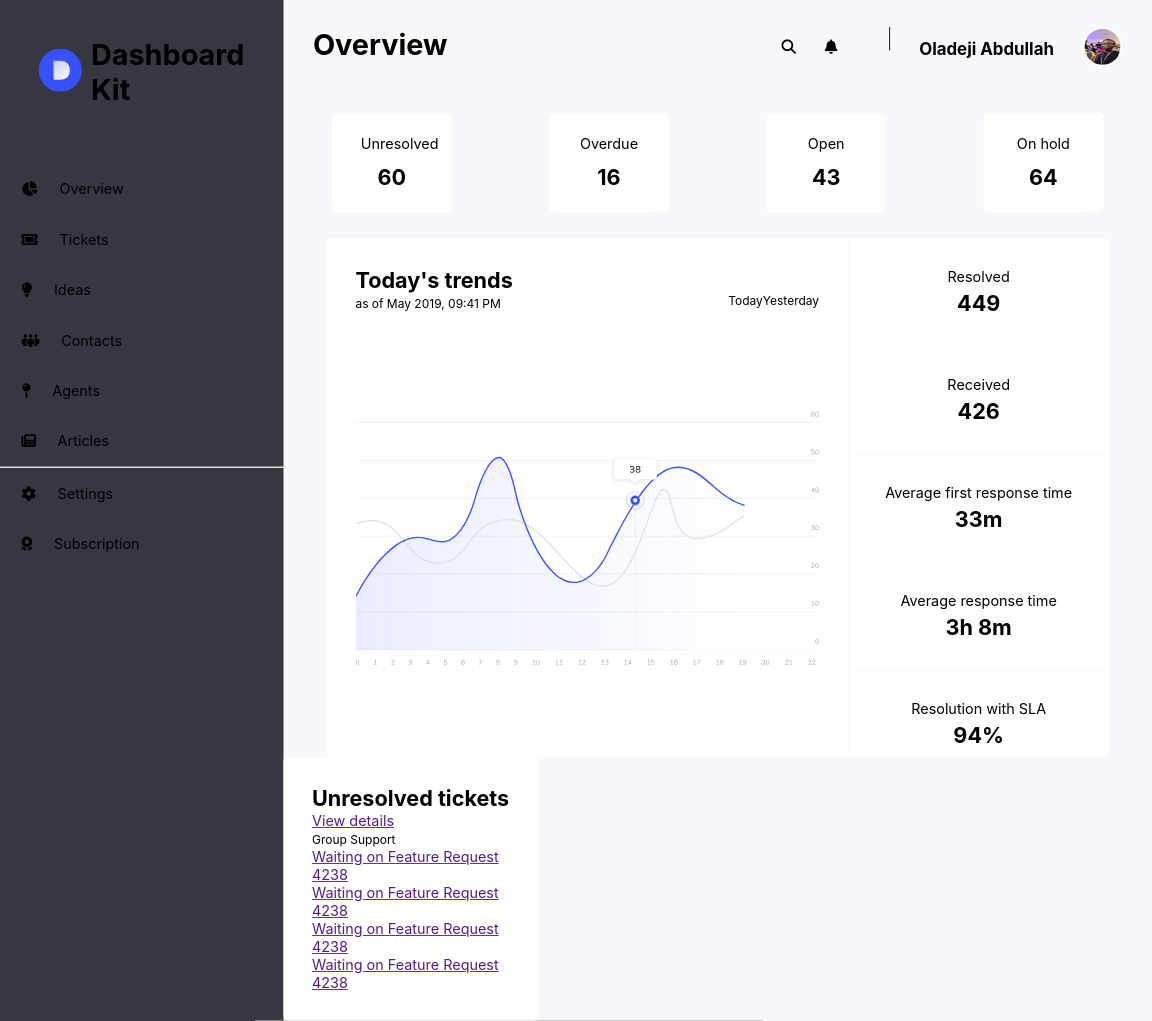
Repository: BuduCE/dashboard
Page: /
An editor plug-in stored every save of this project. The page is shown before and after a run of saves, followed by the edit.
The browser window is 1280 px wide. The pictures show the whole page, at 90% of full size.
Some web libraries are served in a nearby version. The project was rebuilt for these pictures with package versions that can differ from the ones it lists, and the page was loaded fresh each time.

Above is the page before, as saved 2022-08-04 07:59:16.

After the next 3 saves:
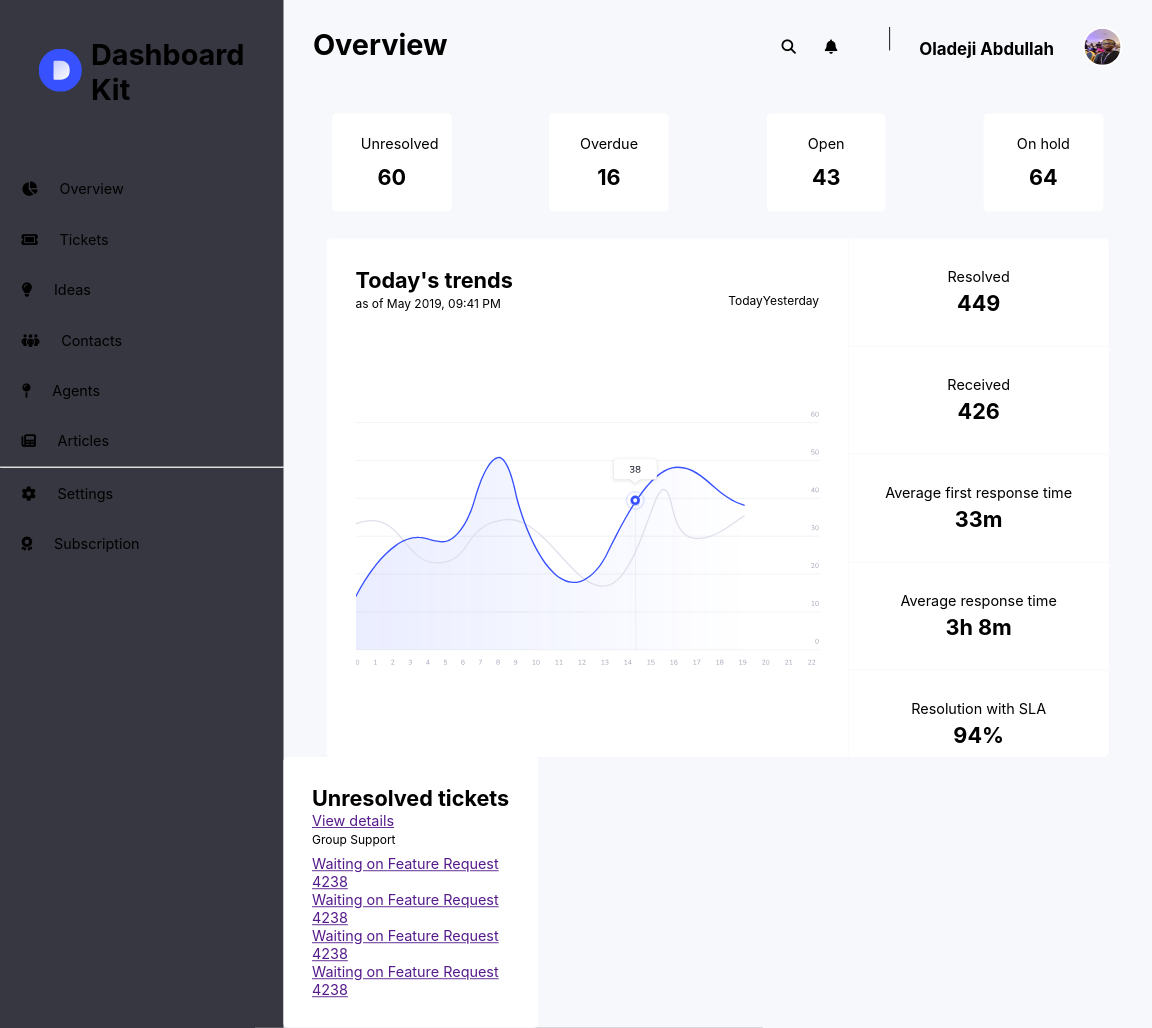
The 3 saves are shown as one change because they came seconds apart.
The last was saved 9 s later.
--- a/src/pages/Overview/styles.css
+++ b/src/pages/Overview/styles.css
@@ -79,5 +79,6 @@
     background: #fff;
 }
 .ticket_head{
-    marg
+    margin-bottom: 8px;
 }
+.
